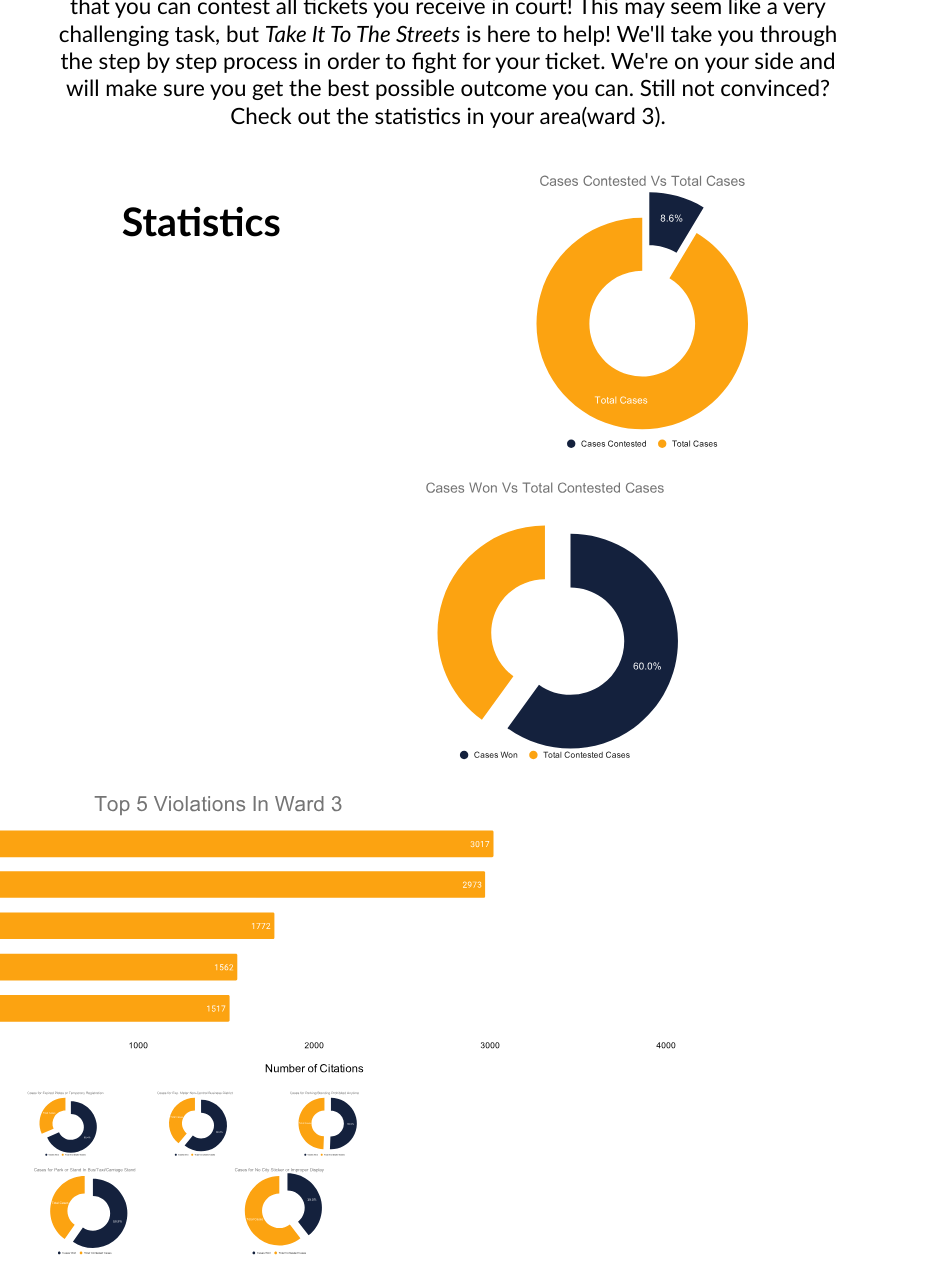
Repository: rdass1/COM421-FinalProject
Page: Website/index.html
The author's editor kept a copy of each file at every save. The page is drawn from the files as they stood at one save, then again after a run of saves.
The browser window is 1280 px wide. The page is 1280 px wide, then 1348 px, so the pictures cover 1348 px, including what lies to the right of the window. The pictures show the part of the page from y = 672 to 2512 px (the page is 2605 px tall before and 2655 px after), at 70% of full size.

Above is the page before, as saved 2021-05-12 05:15:45.
Console error: TypeError: Cannot read properties of undefined (reading 'style')

### Website/index.html
<!DOCTYPE html>
<html>
    <head>
        <meta charset="UTF-8">
        <meta name="description" content="Take It To the Streets is a non-profit organization that helps people find information on how to fight their tickets. ">
        <meta name="author" content="Group 2">
        <meta name="viewport" content="width=device-width, initial-scale=1.0">
        <link rel="stylesheet" type="text/css" href="css/index.css">
        <script src="javascript/index.js"></script>
        <title>Take It To The Streets</title>
    </head>
    <body class = "container">
        <div class="header">
            <div id = "navbar">
                <nav>
                    <ul>
                        <li><a href="#about">About</a></li>
                        <li><a href="#statistics">Statistics</a></li>
                        <li><a href="#resources">Resources</a></li>
                        <li><a href="#contact">Contact</a></li>
                    </ul>

                </nav>
            </div>
        </div>
        <div id="home" class="home-image">
            <div id="title">
                <h1>Stand Your Ground</h1>
                <h2>Learn how you can fight back</h2>
            </div>

        </div>
        <div id="about">
            <h3>About</h3>
            <p>Have you ever received a ticket and we're unable pay the ticket? Did you know that you can contest all tickets you receive in court! This may seem like a very challenging task, but <em>Take It To The Streets</em> is here to help! We'll take you through the step by step process in order to fight for your ticket. We're on your side and will make sure you get the best possible outcome you can. Still not convinced? Check out the statistics in your area(ward 3). </p>
        </div>
        <div id="statistics" class="statistics-container">
            <div id="statistics-container-item-header"><h3>Statistics</h3></div>
            <div id="statistics-container-item-1 statistics-container-item">
                <img src="images/Cases Contested Vs Total Cases.svg">
            </div>
            <div id="statistics-container-item-2">
                <img src="images/Cases Won Vs Total Contested Cases.svg">
            </div>
            <div id="statistics-container-item-3">
                <img src="images/Top 5 Violations In Ward 3.svg">
            </div>

            <div id="statistics-container-item-4">
                <div class="statistics-container-item-4-flex">
                    <div class ="statistics-container-item-4-flex-container">
                        <img src="images/Cases for Expired Plates or Temporary Registration.svg">
                    </div>
                    <div class ="statistics-container-item-4-flex-container">
                        <img src="images/Cases for Exp. Meter Non-Central Business District.svg">
                    </div>
                    <div class ="statistics-container-item-4-flex-container">
                        <img src="images/Cases for Parking_Standing Prohibited Anytime.svg">
                    </div>

                </div>

            </div>
            <div id="statistics-container-item-5">
                <div class="statistics-container-item-4-flex">
                    <div class ="statistics-container-item-5-flex-container">
                        <img src="images/Cases for Park or Stand In Bus_Taxi_Carriage Stand.svg">
                    </div>
                    <div class ="statistics-container-item-5-flex-container">
                        <img src="images/Cases for No City Sticker or Improper Display.svg">
                    </div>

                </div>

            </div>
        </div>
        <div id="resources">
            <h3>Resources</h3>
        </div>
    </body>
</html>

### Website/css/index.css
html{
    scroll-behavior: smooth;
    font-family: 'Gill Sans', 'Gill Sans MT', Calibri, 'Trebuchet MS', sans-serif;
}

.container{
    margin:0px;
    display:grid;
    grid-template-columns: 1fr;
}

.header{
    background-color: #fca311;
    width: 100%;
    display: flex;
    justify-content: flex-start;
    margin: 0px;
    padding: 0px;
    z-index: 100;
}

#navbar nav{
    display: flex;


}

#navbar ul{
    height:inherit;
    margin: 0px;
    padding: 0px;
    overflow: hidden;
    list-style: none;
}

#navbar li{
    margin: 0px;
    font-size: 1.5rem;
    float:left;

}

#navbar a{
    display: block;
    color: white;
    text-decoration: none;
    padding: 20px 20px 20px 20px;
}

#navbar li:hover{
    background-color: #cf323f;
}


.home-image{
    display: grid;
    width:100%;
    height:60vh;
    background-image: url("/Website//images/pic5.png");
    background-repeat: no-repeat;
    background-size: cover;
    background-position: 0% 100%;

    grid-template-columns: auto;
    grid-template-rows: auto;
    grid-template-areas:
    ". . . . . . ."
    ". . header . . . ."
    ". . . . . . ."
    ". . . . . . ."


    ;

}


#title{
    grid-area: header;
}

#title h1{
    font-size: 8rem;
    color:white;
    margin: 0px;
    padding: 0px;
    text-shadow: 2px 2px 15px #2e2e2e;
}

.home-image h2{
    margin: 0px;
    padding: 0px;
    font-size: 3rem;
    color:white;
    text-shadow: 2px 2px 15px #2e2e2e;
}





.home-image img{
    width: 100%;
    height: 60%;
    object-fit: cover;
    object-position: 0px 100%;
    z-index: 10;
}



#about h3{
    text-align: center;
    font-size: 3rem;
    margin-bottom:15px;
}

#about p{
    text-align: center;
    margin-top:0px;
    margin-left:60px;
    margin-right:60px;
    font-size: 2rem;
}

.statistics-container{
    margin:10px;
    display: grid;
    grid-template-rows: 0fr 1/3fr 1/3fr 1/3fr 1/3fr;
    grid-template-columns: 1fr 1fr;
    justify-content: center;
    justify-items: center;


}

.statistics-container-item{
    background-color:#cf323f;


}

.statistics-container-item img{
    width: 100%;
    height: 100%;
}

#statistics-container-item-header{
    grid-column: 1 / span 2;
    grid-row: 1 / 1;
    font-size: 3rem;
    text-align: center;



}

#statistics-container-item-1{
    grid-column: 1 / span 1;
    grid-row: 2/ 2;
}
#statistics-container-item-2{
    grid-column: 2 / span 2;
    grid-row: 2/ 2;
}
#statistics-container-item-3{
    grid-column: 1 / span 2;
    grid-row: 3/ 3;
}

#statistics-container-item-4{
    grid-column: 1 / span 2;
    grid-row: 4/ 4;
}
#statistics-container-item-5{
    grid-column: 1 / span 2;
    grid-row: 5/ 5;
}

.statistics-container-item-4-flex{
    display: flex;
    justify-content: center;
    justify-items: center;

}
.statistics-container-item-4-flex-container img{
    width: 90%;
    height: auto;

}

.statistics-container-item-5-flex-container img{
    width: 80%;
    height: auto;

}


#resources{

}

#resources h3{
    text-align: center;
    font-size: 3rem;
    margin-bottom:15px;
}

### Website/javascript/index.js
var slideIndex = 0;

showSlides();

function showSlides(){
    var i;
    var slides = document.getElementsByClassName("mySlides");
    var dots = document.getElementsByClassName("dot");
  for (i = 0; i < slides.length; i++) {
    slides[i].style.display = "none";
  }
  slideIndex++;
  if (slideIndex > slides.length) {slideIndex = 1}
  for (i = 0; i < dots.length; i++) {
    dots[i].className = dots[i].className.replace(" active", "");
  }
  slides[slideIndex-1].style.display = "block";
  dots[slideIndex-1].className += " active";
  setTimeout(showSlides, 2000);

  for(var i = 0; i<10; i++){
      console.log(i);
  }
}

After the next 4 saves:
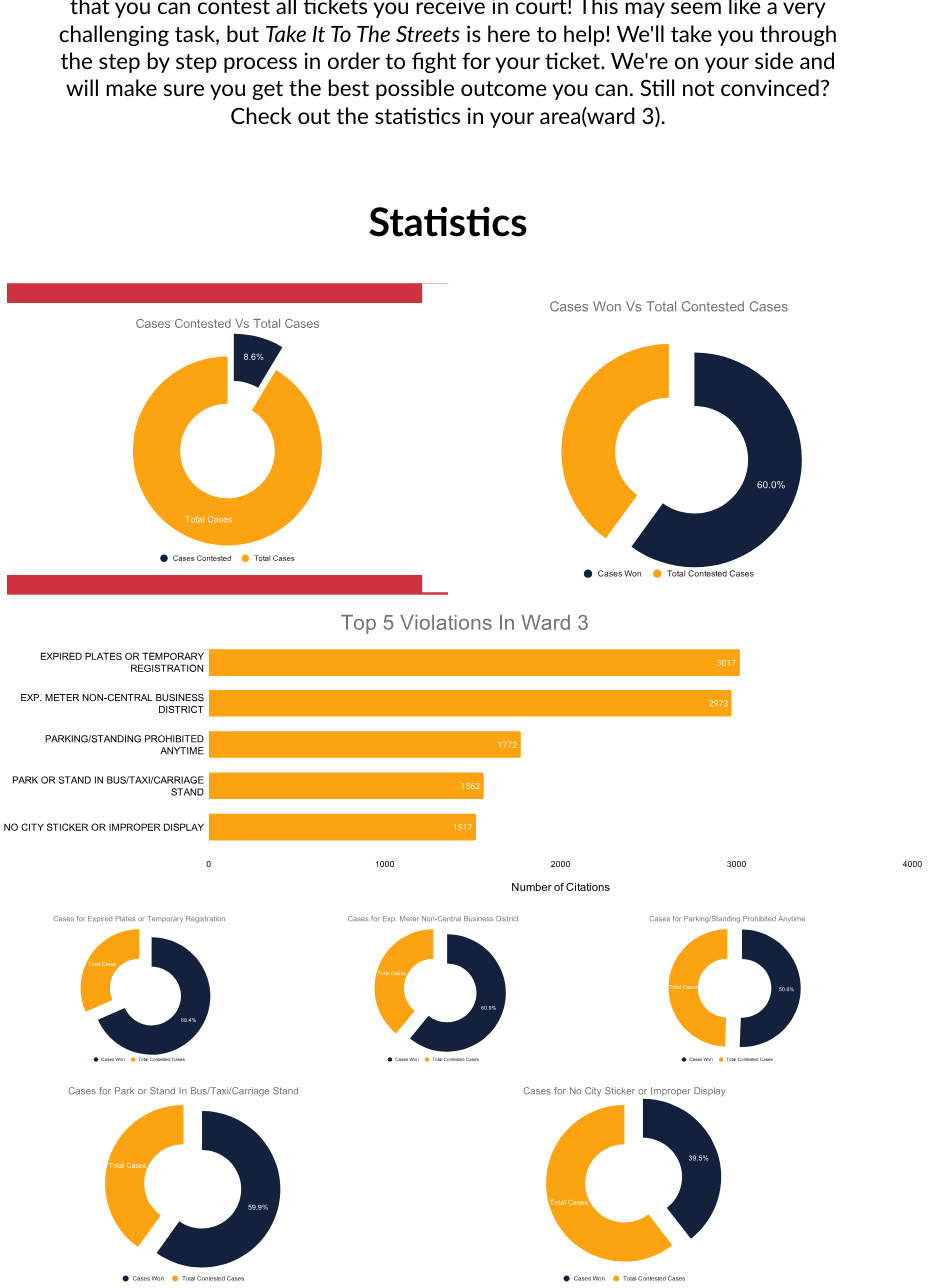
The 4 saves are shown as one change because they came seconds apart.
The last was saved 14 s later.
--- a/Website/index.html
+++ b/Website/index.html
@@ -36,7 +36,7 @@
         </div>
         <div id="statistics" class="statistics-container">
             <div id="statistics-container-item-header"><h3>Statistics</h3></div>
-            <div id="statistics-container-item-1 statistics-container-item">
+            <div id="statistics-container-item-1" class="statistics-container-item">
                 <img src="images/Cases Contested Vs Total Cases.svg">
             </div>
             <div id="statistics-container-item-2">
